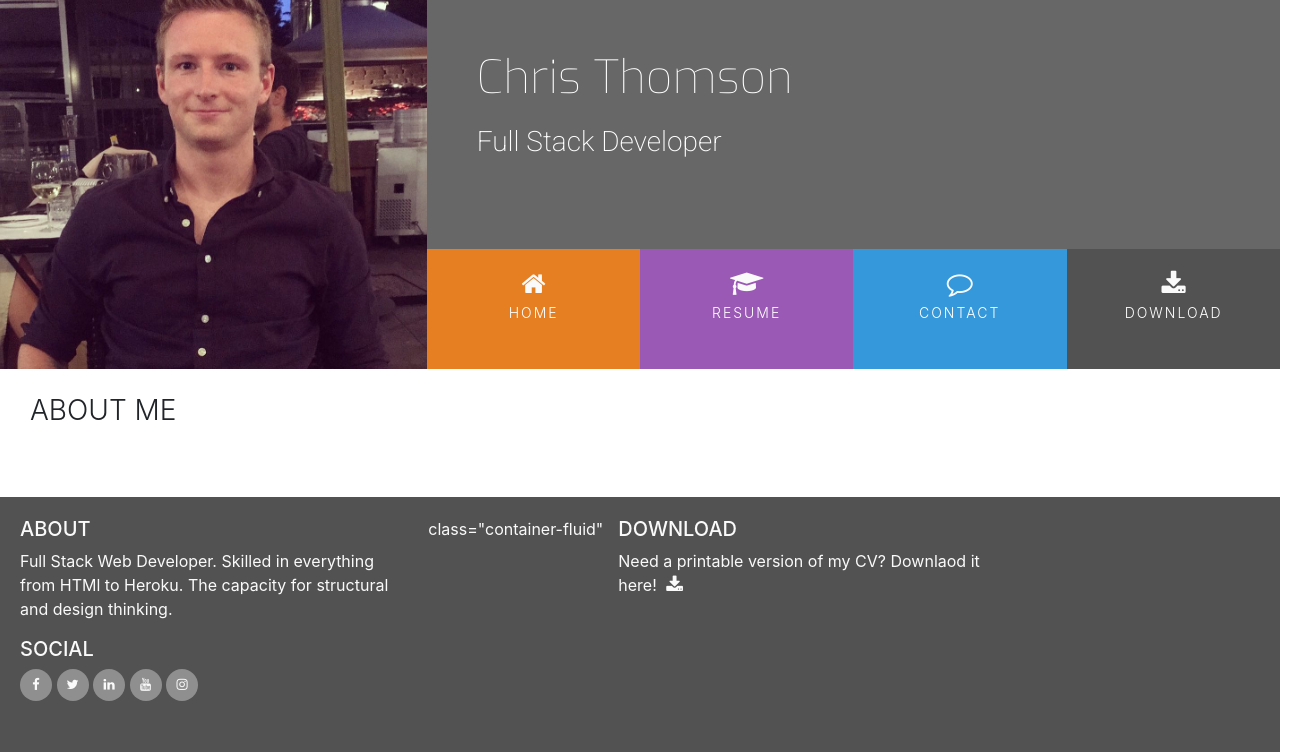
Repository: cthoms1993/Resume
Page: index.html
The author's editor kept a record of every edit. The page is drawn from the files as they stood at one moment, then again after the next edit.
The browser window is 1280 px wide. The page is 1295 px wide, so the pictures cover 1295 px, including what lies to the right of the window. The pictures show the whole page.

Above is the page before.

After the next edit:
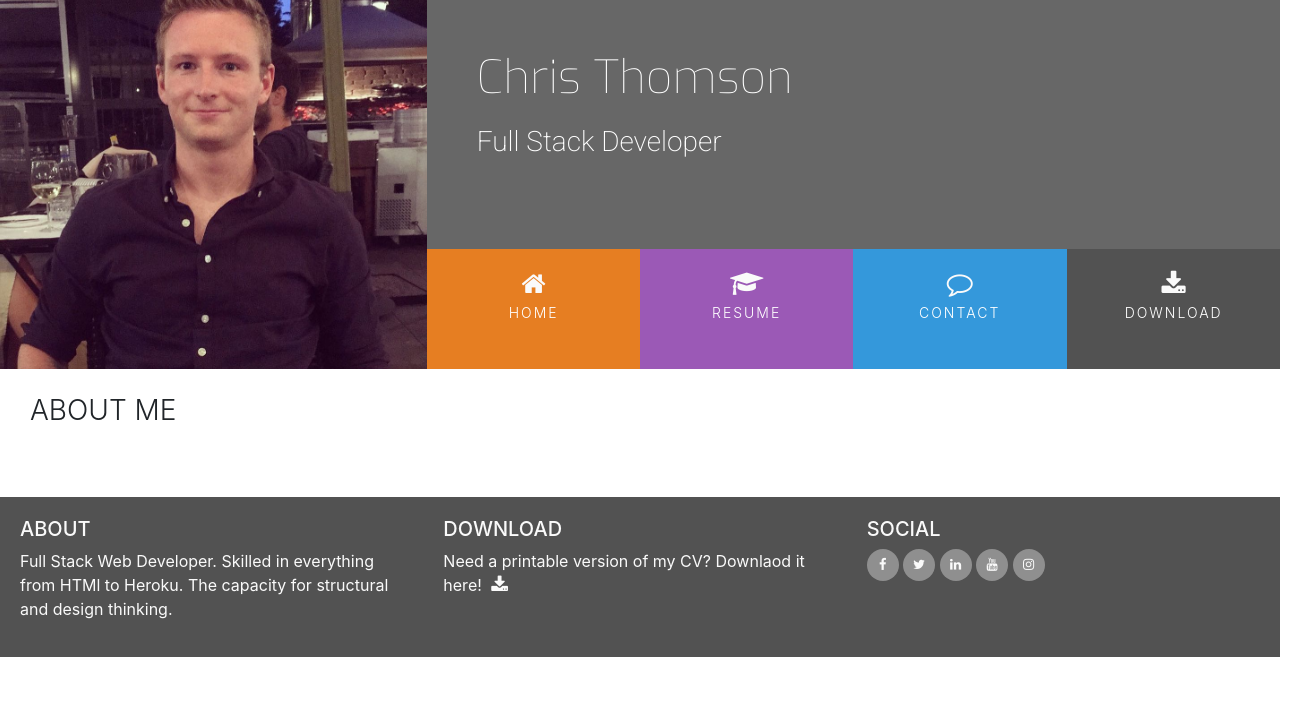
The edit:
--- a/index.html
+++ b/index.html
@@ -52,12 +52,12 @@
         <div class="row row-table">
             <div class="col-md-8 bg-color-three-reasons section-column">
                 <div class="row">
-                <div class="col">
-                    <h3 class="section-heading uppercase">About Me</h3>
+                    <div class="col">
+                        <h3 class="section-heading uppercase">About Me</h3>
+                    </div>
                 </div>
             </div>
         </div>
-    </div>
 
 
     </section>
@@ -67,7 +67,6 @@
                 <h5 class="uppercase general-sub">About</h5>
                 <p class="inline-block">Full Stack Web Developer. Skilled in everything from HTMl to Heroku. The capacity for structural and design thinking.</p>
             </div>
-            class="container-fluid"
             <div class="col-sm-4">
                 <h5 class="uppercase general-sub">Download</h5>
                 <p class="inline-block">Need a printable version of my CV? Downlaod it here!
